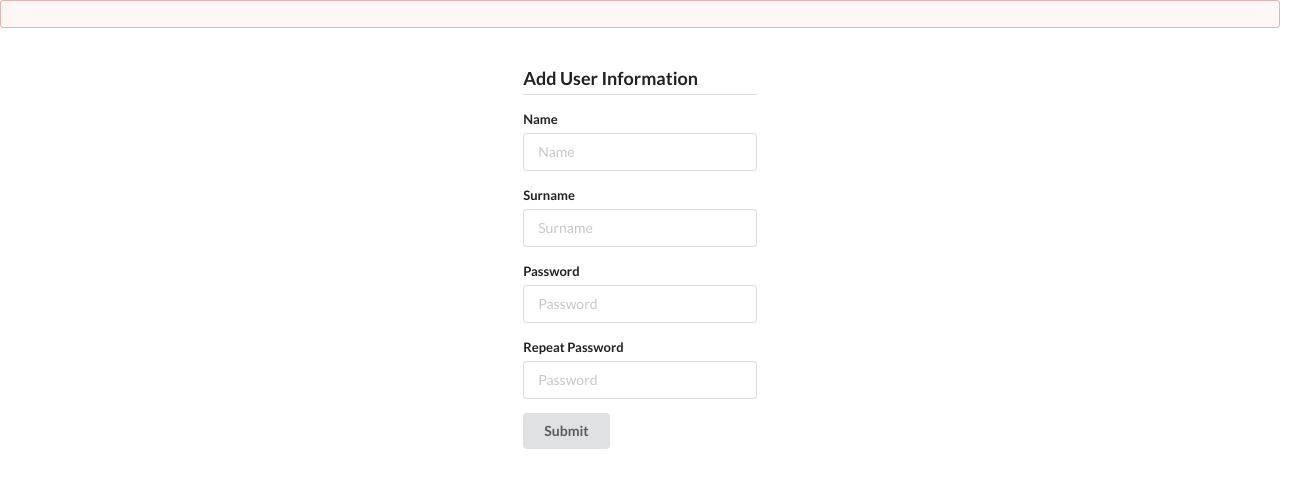
Repository: fabienpuissant/ASI_Atelier2
Page: card-market/src/main/resources/static/addUser.html
An editor plug-in stored every save of this project. The page is shown before and after the next save, followed by the edit.
The browser window is 1280 px wide. The page is 1294 px wide, so the pictures cover 1294 px, including what lies to the right of the window. The pictures show the whole page.

Above is the page before, as saved 2020-04-16 14:55:24.
Console error: SyntaxError: Unexpected token ';'

### card-market/src/main/resources/static/addUser.html
<!DOCTYPE html>
<html>
<head>
<meta charset="ISO-8859-1">
<title>Register</title>

<link rel="stylesheet" type="text/css" href="Semantic-UI/semantic.css">
</head>
<body>

<div class="ui negative message" id = "errorbanner">
		<div class="header" id = "error">

		</div>
</div>

 <div class="ui five column grid">
     <div class="row"></div>
     <div class="column"></div>
     <div class="column"></div>
     <div class="column">
         <form class="ui form" action="" method="POST" id = "form">
             <h3 class="ui dividing header">Add User Information</h3>
             <div class="field">
                 <label>Name</label>
                 <input type="text" name="Name" placeholder="Name" id = "Name" required>
             </div>
             <div class="field">
                 <label>Surname</label>
                 <input type="text" name="Surname" placeholder="Surname" id = "Surname" required>
             </div>
             <div class="field">
                 <label>Password</label>
                 <input type="password" name="Password" placeholder="Password" id = "Password" required>
             </div>
             <div class="field">
                 <label>Repeat Password</label>
                 <input type="password" name="RepeatPassword" placeholder="Password" id = RepeatPassword required>
             </div>
             <button class="ui button" >Submit</button>
         </form>
     </div>
 </div>

  <script src="js/jquery-3.3.1.min.js"></script>
  <script src="Semantic-UI/semantic.js"></script>
  <script src="js/addUser.js"></script>
</body>
</html>

### card-market/src/main/resources/static/js/addUser.js
//Valeurs par défaut de la carte à l'arrivée sur la page

$(document).ready(function(){

$("#errorbanner").hide();

$("#form").submit(function(event){

	event.preventDefault();
	var error = "";

	var Name = $("#Name").val();
	var Surname = $("#Surname").val();
	var Password = $("#Password").val();
	var RepeatPassword = $("#RepeatPassword").val()

	//Si jamais le formulaire n'est pas compètement rempli
	if(Name == "" || Surname == "" || Password == "" || RepeatPassword == ""){
		error = "Please fully complete the form";
	}
	else if (Password != RepeatPassword){
		error = "Passwords don't match";
	}
	else {
		//Si le formulaire est complètement rempli, on peut faire un appel ajax vers le serveur afin qu'il ajoute l'utilisateur

		//$.post()

	}

	if(error != ""){
		$("#error").;
		$("#errorbanner").show();
	}


});


});

Loaded but not shown: card-market/src/main/resources/static/Semantic-UI/semantic.css (library); card-market/src/main/resources/static/js/jquery-3.3.1.min.js (library); card-market/src/main/resources/static/Semantic-UI/semantic.js (library)

After the next save:
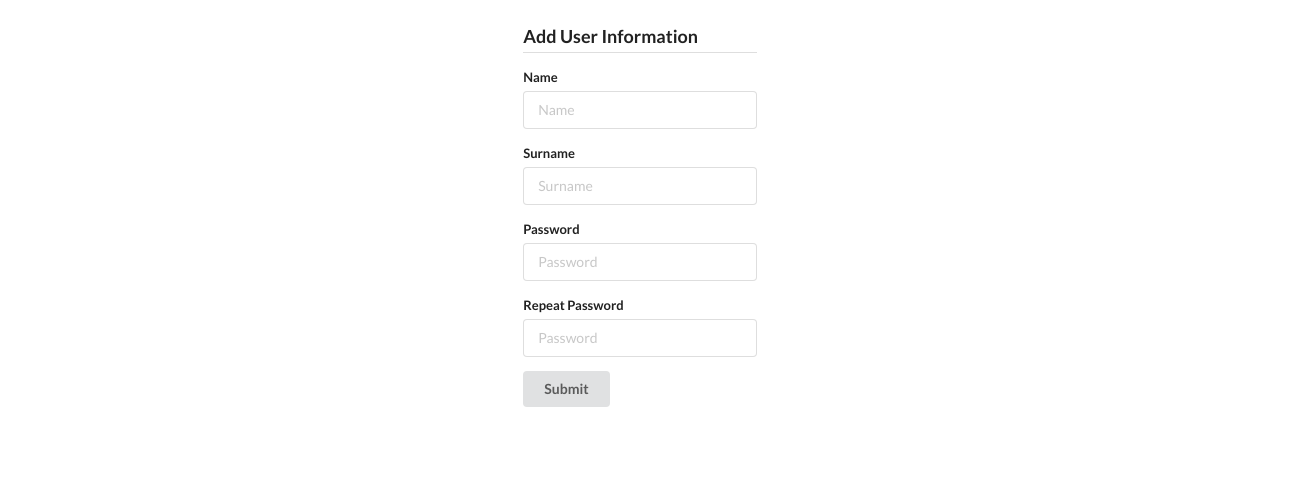
The error is gone.
Saved 67 s later.
--- a/card-market/src/main/resources/static/js/addUser.js
+++ b/card-market/src/main/resources/static/js/addUser.js
@@ -29,7 +29,7 @@ $("#form").submit(function(event){
 	}
 
 	if(error != ""){
-		$("#error").;
+		$("#error").text(error);
 		$("#errorbanner").show();
 	}
 
